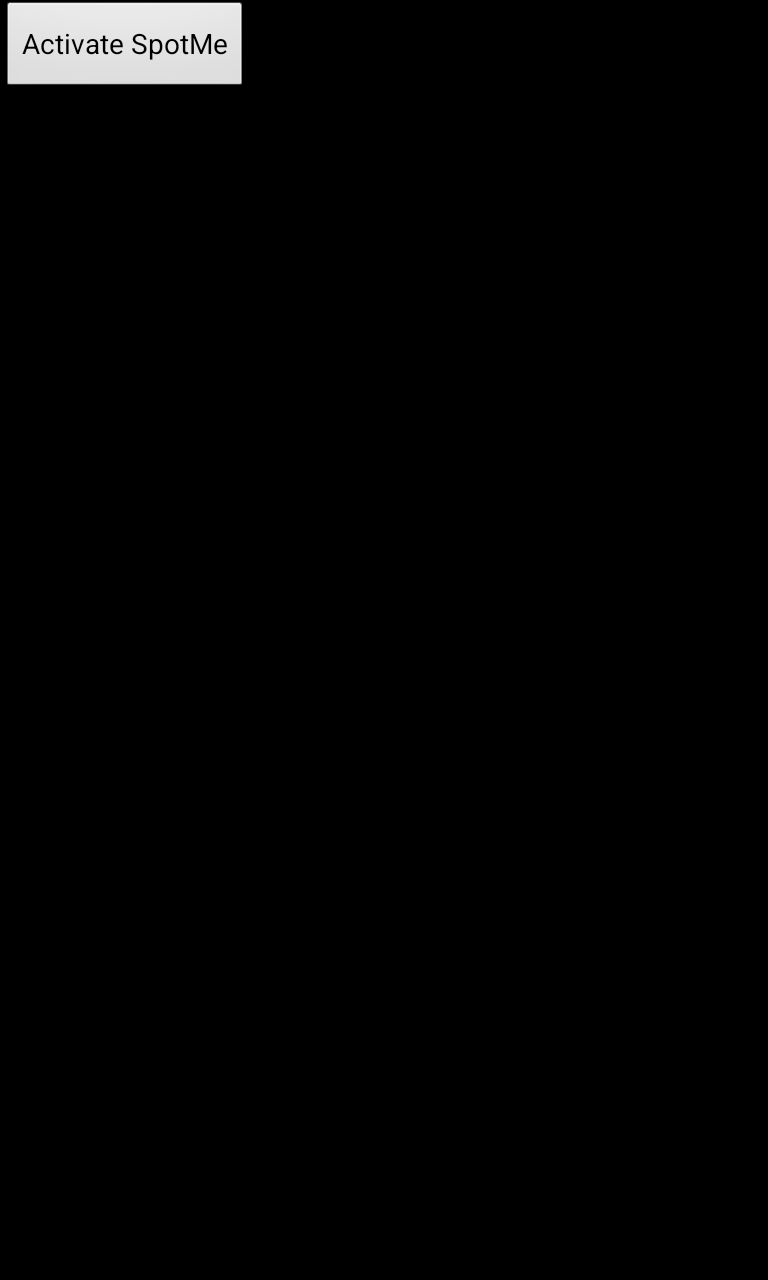
Repository: SuperChocomocha/PennApps-Spring-2012
Layout: SpotMe/res/layout/main.xml
These files come from the project's save history. The layout is drawn as it stood at one moment and after the next save; the edit follows.
It is drawn on a 768 x 1280 px phone screen (xhdpi) without system bars, with theme android:Theme; the app's code is not run.

Above is the layout before, as saved 2012-01-14 07:09:16.

### SpotMe/res/layout/main.xml
<?xml version="1.0" encoding="utf-8"?>
<LinearLayout xmlns:android="http://schemas.android.com/apk/res/android"
    android:layout_width="fill_parent"
    android:layout_height="fill_parent"
    android:orientation="vertical" >

    <Button
        android:id="@+id/activateButton"
        android:layout_width="wrap_content"
        android:layout_height="wrap_content"
        android:text="Activate SpotMe" />

</LinearLayout>

After the next save:
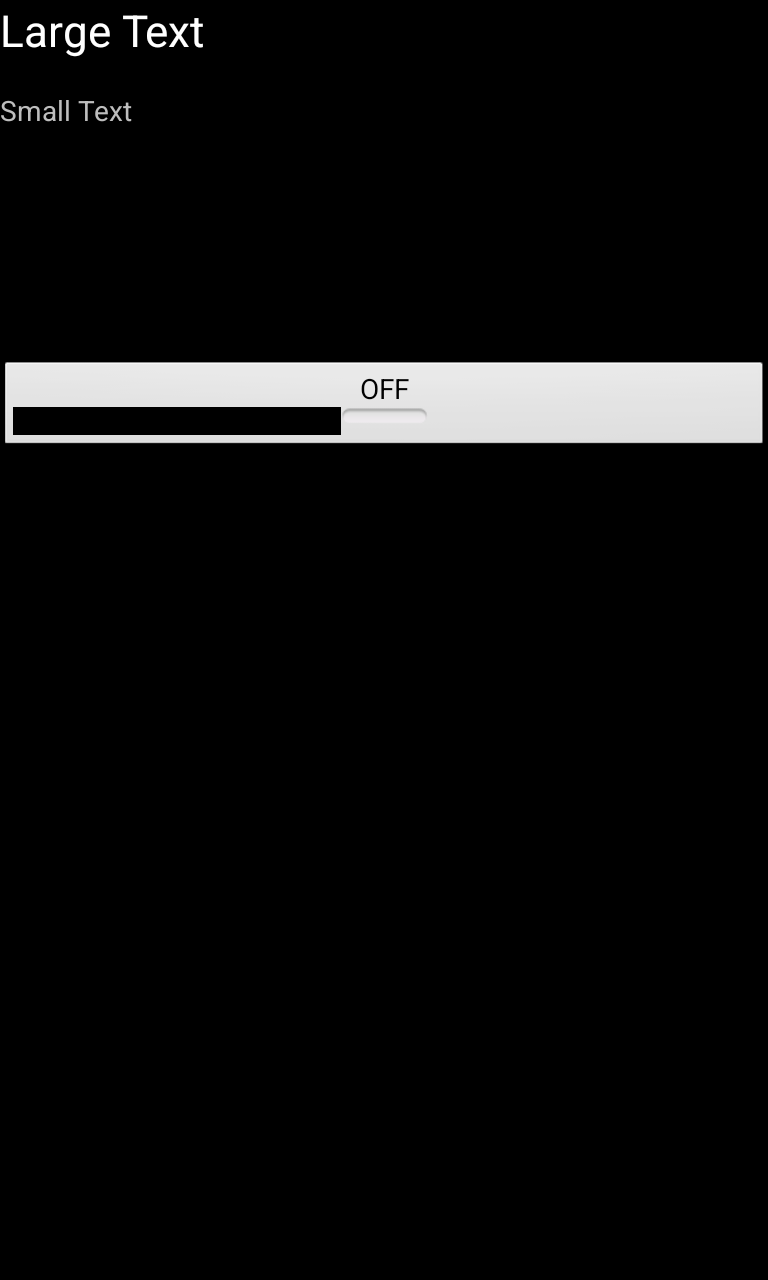
Saved 9 h 11 min later.
--- a/SpotMe/res/layout/main.xml
+++ b/SpotMe/res/layout/main.xml
@@ -4,10 +4,41 @@
     android:layout_height="fill_parent"
     android:orientation="vertical" >
 
-    <Button
-        android:id="@+id/activateButton"
-        android:layout_width="wrap_content"
+    <RelativeLayout
+        android:id="@+id/relativeLayout1"
+        android:layout_width="match_parent"
         android:layout_height="wrap_content"
-        android:text="Activate SpotMe" />
+        android:layout_weight="0.70" >
+
+        <TextView
+            android:id="@+id/textView1"
+            android:layout_width="wrap_content"
+            android:layout_height="wrap_content"
+            android:layout_alignParentLeft="true"
+            android:layout_alignParentTop="true"
+            android:text="Large Text"
+            android:textAppearance="?android:attr/textAppearanceLarge" />
+
+        <TextView
+            android:id="@+id/textView2"
+            android:layout_width="wrap_content"
+            android:layout_height="wrap_content"
+            android:layout_alignParentLeft="true"
+            android:layout_below="@+id/textView1"
+            android:layout_marginTop="16dp"
+            android:text="Small Text"
+            android:textAppearance="?android:attr/textAppearanceSmall" />
+
+
+        <ToggleButton
+            android:id="@+id/activateButton"
+            android:layout_width="match_parent"
+            android:layout_height="wrap_content"
+            android:layout_alignParentLeft="true"
+            android:layout_below="@+id/textView2"
+            android:layout_marginTop="116dp"
+            android:text="Activate SpotMe" />
+
+    </RelativeLayout>
 
 </LinearLayout>
